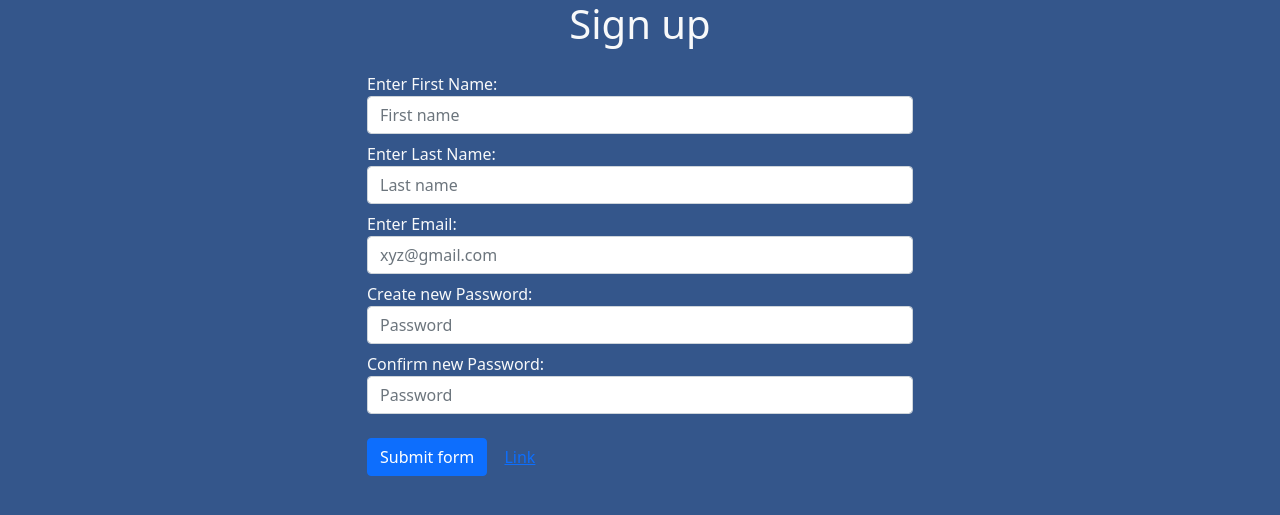
Repository: paresh-art/MyWebsite
Page: http://localhost/com.website/index.jsp
These files come from the project's save history. The page is drawn as it stood at one moment and after the next save; the edit follows.
The browser window is 1280 px wide. The pictures show the whole page.
The page is served by Tomcat 9. Other server files are loaded and not shown.

Above is the page before, as saved 2022-11-07 15:19:03.

### com.website/src/main/webapp/index.jsp
<%@ page language="java" contentType="text/html; charset=UTF-8"
	pageEncoding="UTF-8"%>
<!doctype html>
<html lang="en">
<head>
<!-- Required meta tags -->
<meta charset="utf-8">
<meta name="viewport" content="width=device-width, initial-scale=1">
<link href="styles.css" rel="mystylesheet">
<!-- Bootstrap CSS -->
<link
	href="https://cdn.jsdelivr.net/npm/bootstrap@5.0.2/dist/css/bootstrap.min.css"
	rel="stylesheet"
	integrity="sha384-EVSTQN3/azprG1Anm3QDgpJLIm9Nao0Yz1ztcQTwFspd3yD65VohhpuuCOmLASjC"
	crossorigin="anonymous">

<title>Hello, world!</title>
</head>
<body style="background-color:#34568B;">
	<div class="container">
		<h1 class="mx-auto text-center text-light">Sign up</h1>
		<form class="mt-4">
			<div class="row">
				<div class="col-lg-6 col-md-8 col-sm-12 mx-auto text-light">
					Enter First Name:<input type="text" class="form-control"
						placeholder="First name">
				</div>
			</div>

			<div class="row mt-2">
				<div class="col-lg-6 col-md-8 col-sm-12 mx-auto text-light">
					Enter Last Name:<input type="text" class="form-control"
						placeholder="Last name" >
				</div>
			</div>
			<div class="row mt-2">
				<div class="col-lg-6 col-md-8 col-sm-12 mx-auto text-light">
					Enter Email:<input type="text" class="form-control"
						placeholder="xyz@gmail.com">
				</div>
			</div>
			<div class="row mt-2">
				<div class="col-lg-6 col-md-8 col-sm-12 mx-auto text-light">
					Create new Password:<input type="password" class="form-control"
						placeholder="Password">
				</div>
			</div>
			<div class="row mt-2">
				<div class="col-lg-6 col-md-8 col-sm-12 mx-auto text-light">
					Confirm new Password:<input type="password" class="form-control"
						placeholder="Password">
				</div>
			</div>
			<br>
			<div class="row">
				<div class="col-lg-6 col-md-8 col-sm-12 mx-auto text-light">
					<button class="btn btn-primary " type="submit">Submit form</button>
					<button type="button" class="btn btn-link">Link</button>
				</div>

			</div>
		</form>


		<!-- Optional JavaScript; choose one of the two! -->

		<!-- Option 1: Bootstrap Bundle with Popper -->
		<script
			src="https://cdn.jsdelivr.net/npm/bootstrap@5.0.2/dist/js/bootstrap.bundle.min.js"
			integrity="sha384-MrcW6ZMFYlzcLA8Nl+NtUVF0sA7MsXsP1UyJoMp4YLEuNSfAP+JcXn/tWtIaxVXM"
			crossorigin="anonymous"></script>

		<!-- Option 2: Separate Popper and Bootstrap JS -->
		<!--
    <script src="https://cdn.jsdelivr.net/npm/@popperjs/core@2.9.2/dist/umd/popper.min.js" integrity="sha384-IQsoLXl5PILFhosVNubq5LC7Qb9DXgDA9i+tQ8Zj3iwWAwPtgFTxbJ8NT4GN1R8p" crossorigin="anonymous"></script>
    <script src="https://cdn.jsdelivr.net/npm/bootstrap@5.0.2/dist/js/bootstrap.min.js" integrity="sha384-cVKIPhGWiC2Al4u+LWgxfKTRIcfu0JTxR+EQDz/bgldoEyl4H0zUF0QKbrJ0EcQF" crossorigin="anonymous"></script>
    -->
</body>
</html>

After the next save:
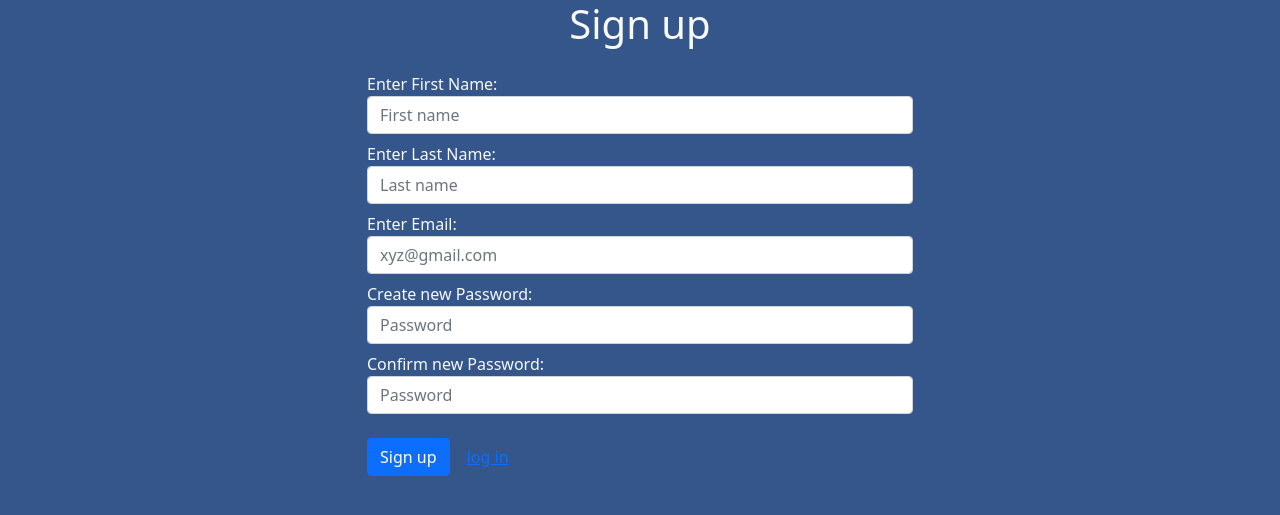
Saved 29 s later.
--- a/com.website/src/main/webapp/index.jsp
+++ b/com.website/src/main/webapp/index.jsp
@@ -54,8 +54,8 @@
 			<br>
 			<div class="row">
 				<div class="col-lg-6 col-md-8 col-sm-12 mx-auto text-light">
-					<button class="btn btn-primary " type="submit">Submit form</button>
-					<button type="button" class="btn btn-link">Link</button>
+					<button class="btn btn-primary " type="submit">Sign up</button>
+					<button type="button" class="btn btn-link">log in</button>
 				</div>
 
 			</div>
